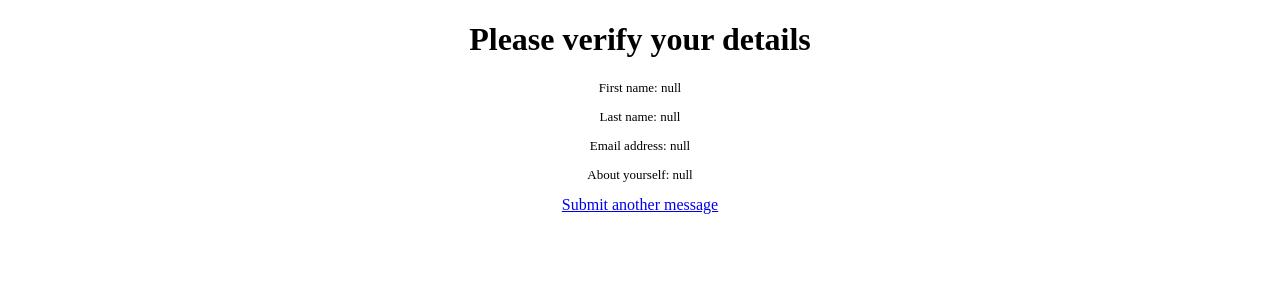
Repository: hornstein-inc/Training
Page: http://localhost/result
The author's editor kept a copy of each file at every save. The page is drawn from the files as they stood at one save, then again after the next save.
The browser window is 1280 px wide. The pictures show the whole page.
The page is this project's Thymeleaf template; nobody is signed in. The template is opened directly, without the code that normally fills it, so the values that code supplies are empty.

Above is the page before, as saved 2019-04-29 08:50:55.

After the next save:
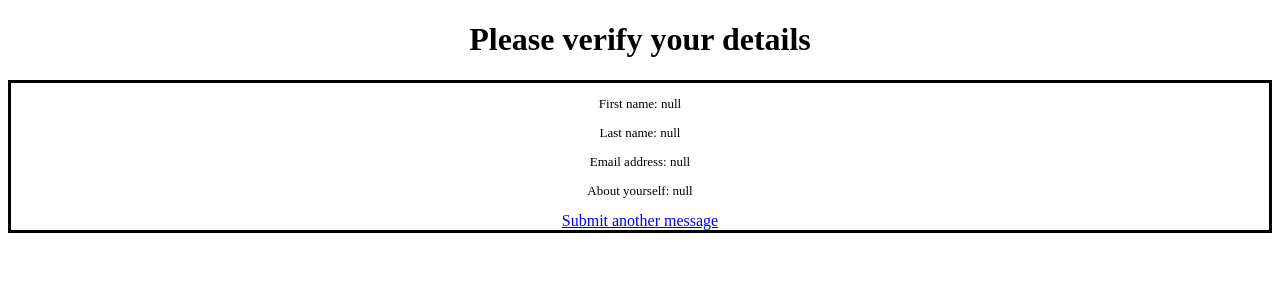
Saved 15 s later.
--- a/Training/gs-handling-form-submission/initial/src/main/resources/static/css/style.css
+++ b/Training/gs-handling-form-submission/initial/src/main/resources/static/css/style.css
@@ -26,7 +26,7 @@ input{
 
 .resultDiv{
 	text-align: center;
-	border: menu;
+	border: solid;
 }
 
 .resultText{
